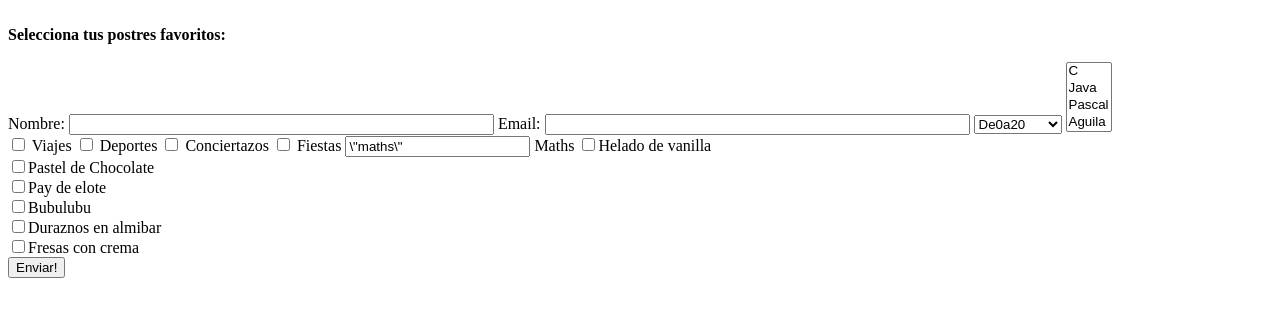
Repository: ebaglio/trabajophp
Page: http://localhost/ejercicioformularios.php
These files come from the project's save history. The page is drawn as it stood at one moment and after the next save; the edit follows.
The browser window is 1280 px wide. The pictures show the whole page.
The page is run by PHP 8.4 with error messages shown; the project is at /var/www/html/.

Above is the page before, as saved 2012-05-04 10:31:15.

### curso1/ejercicioformularios.php
<html>
<head>
        <title>Formulario datos personales</title>
<head>
<body>
 <br />
<b>Selecciona tus postres favoritos:</b><br /><br />
<form method="post" action="<?= $_SERVER['PHP_SELF'] ?>">
<td>Nombre:</td><td> <input type=\"text\" name=\"name\" size=50></td>
<td>Email:</td><td> <input type=\"text\" name=\"name\" size=50></td>
<tr>
<select name=\"Edad\">
        <option value=\"De0a20\" selected>De0a20</option>
    <option value=\"De 20 a 60\">De 20 a 60</option>
    </select>
</tr>
<tr>
	  <select multiple name=\"lenguajes[]\">
   <option value=\"C\">C</option>
   <option value=\"Java\">Java</option>
   <option value=\"Pascal\">Pascal</option>
   <option value=\"Aguila\">Aguila</option>
</select><br>
</tr>
<tr>
	<input type="checkbox" name="viajes" value="on" /> Viajes
	<input type="checkbox" name="deportes" value="on" /> Deportes
	<input type="checkbox" name="conciertazos" value="on" /> Conciertazos
	<input type="checkbox" name="fiestas" value="on" /> Fiestas
</tr>


<input type=\"radio\" name=\"subject\" value=\"maths\" /> Maths

<input name="postre[]" type="checkbox"
 value="Helado de Vainilla">Helado de vanilla<br />
<input name="postre[]" type="checkbox"
 value="Pastel de Chocolate">Pastel de Chocolate<br />
<input name="postre[]" type="checkbox"
 value="Pay de elote">Pay de elote<br />
<input name="postre[]" type="checkbox"
 value="Bubulubu">Bubulubu<br />
<input name="postre[]" type="checkbox"
 value="Duraznos en almibar">Duraznos en almibar<br />
<input name="postre[]" type="checkbox"
 value="Fresas con crema">Fresas con crema<br />
<input name="send" type="submit" id="send" value="Enviar!">
</form>

<?php
if (isset($_POST['postre']))
{
   $postre = $_POST['postre'];
   $n        = count($postre);
   $i        = 0;

   echo "Tus postres favoritos son: rn" .
                "<ol>";
   while ($i < $n)
   {
          echo "<li>{$postre[$i]}</li> rn";
          $i++;
   }
   echo "</ol>";
}
?>

</body>
</html>

After the next save:
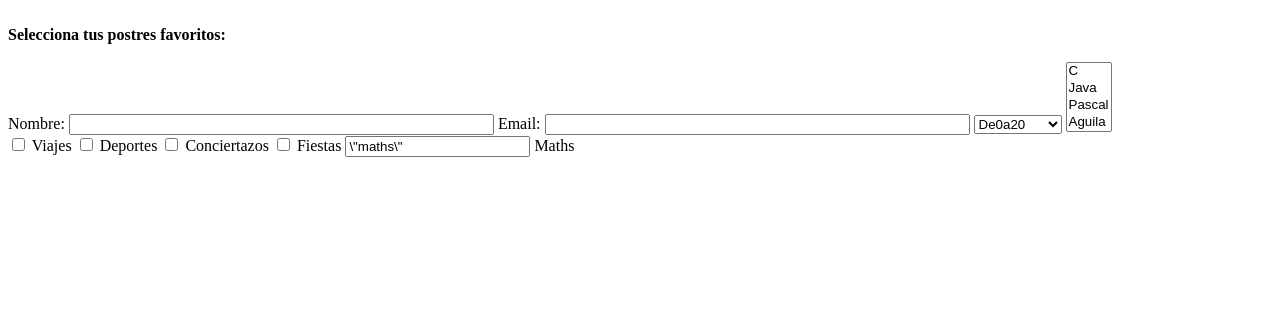
Saved 10 s later.
--- a/curso1/ejercicioformularios.php
+++ b/curso1/ejercicioformularios.php
@@ -32,19 +32,6 @@
 
 <input type=\"radio\" name=\"subject\" value=\"maths\" /> Maths
 
-<input name="postre[]" type="checkbox"
- value="Helado de Vainilla">Helado de vanilla<br />
-<input name="postre[]" type="checkbox"
- value="Pastel de Chocolate">Pastel de Chocolate<br />
-<input name="postre[]" type="checkbox"
- value="Pay de elote">Pay de elote<br />
-<input name="postre[]" type="checkbox"
- value="Bubulubu">Bubulubu<br />
-<input name="postre[]" type="checkbox"
- value="Duraznos en almibar">Duraznos en almibar<br />
-<input name="postre[]" type="checkbox"
- value="Fresas con crema">Fresas con crema<br />
-<input name="send" type="submit" id="send" value="Enviar!">
 </form>
 
 <?php
